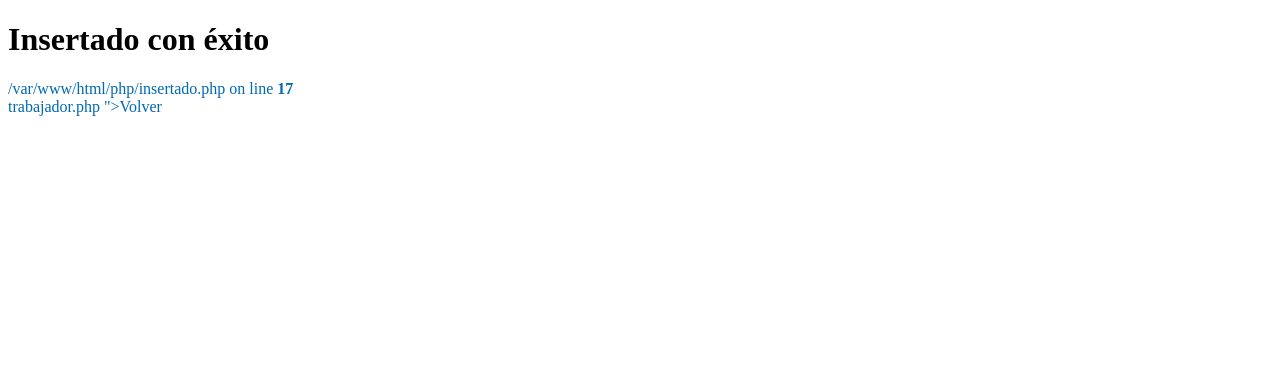
Repository: jluislechado/gestionUsuario
Page: http://localhost/php/insertado.php
The author's editor kept a record of every edit. The page is drawn from the files as they stood at one moment, then again after the next edit.
The browser window is 1280 px wide. The pictures show the whole page.
The page is run by PHP 8.4 with error messages shown; the project is at /var/www/html/.

Above is the page before.

After the next edit:
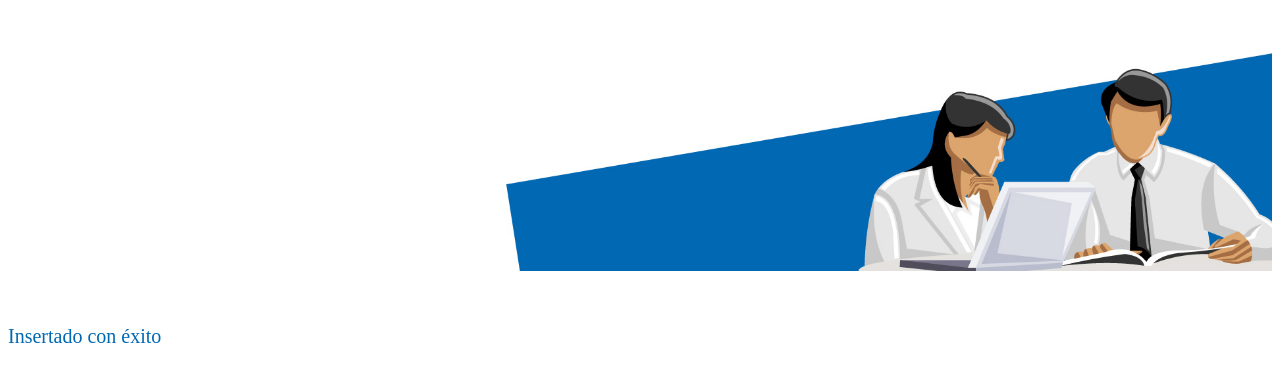
The edit:
--- a/workspace/php/insertado.php
+++ b/workspace/php/insertado.php
@@ -11,15 +11,10 @@
           <link rel="stylesheet" href="../estilo/estilo.css"/>
     </head>
     <body>
-        <h1>Insertado con éxito</h1>
-        <a href="
-            <?php
-                if($usuario->getAdministrador==1){
-                    echo 'administrador.php';
-                }else{
-                    echo 'trabajador.php';
-                }
-            ?>
-        ">Volver</a>
+        <header>
+            <img src="../estilo/imagenes/cabecera.jpg" alt="cabecera" id="cabecera"/>
+        </header>
+        <div class="blanco"></div>
+        <div class="mensaje">Insertado con éxito</div>
     </body>
 </html>
